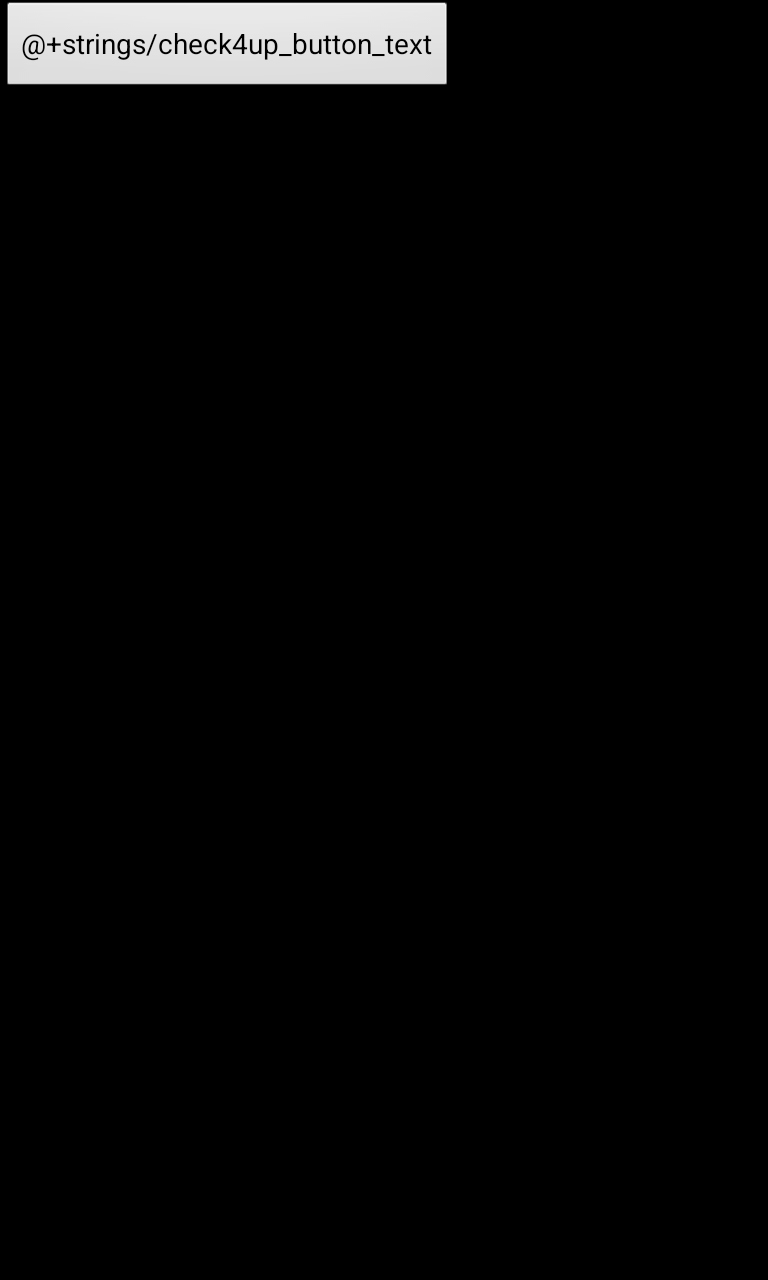
Repository: JerryScript-duplicate/BacksideUpdater
Layout: BacksideUpdater/res/layout/main.xml
These files come from the project's save history. The layout is drawn as it stood at one moment and after the next save; the edit follows.
It is drawn on a 768 x 1280 px phone screen (xhdpi) without system bars, with theme android:Theme; the app's code is not run.

Above is the layout before, as saved 2012-01-18 20:04:46.

### BacksideUpdater/res/layout/main.xml
<?xml version="1.0" encoding="utf-8"?>
<LinearLayout xmlns:android="http://schemas.android.com/apk/res/android"
    android:layout_width="fill_parent"
    android:layout_height="fill_parent"
    android:orientation="vertical" >

    <LinearLayout
        android:id="@+id/LinearLayout01"
        android:layout_width="wrap_content"
        android:layout_height="wrap_content" >
    </LinearLayout>


    <Button
        android:id="@+id/BacksideUpdaterButton"
        android:layout_width="wrap_content"
        android:layout_height="wrap_content"
        android:onClick="myClickHandler"
        android:text="@+strings/check4up_button_text" >
    </Button>

    <TextView
        android:id="@+id/pagetext"
        android:layout_width="fill_parent"
        android:layout_height="fill_parent"
        android:scrollbars="vertical" >
    </TextView>

</LinearLayout>

After the next save:
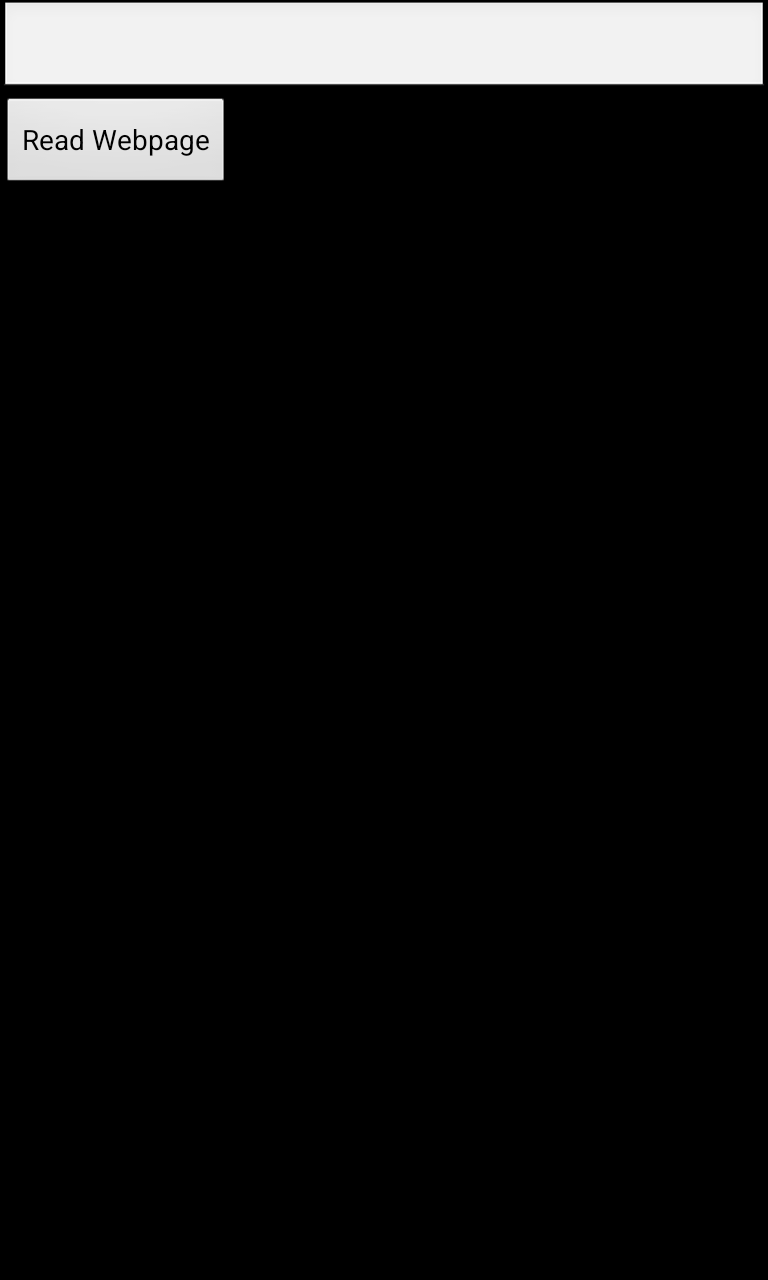
Saved 6 min 31 s later.
--- a/BacksideUpdater/res/layout/main.xml
+++ b/BacksideUpdater/res/layout/main.xml
@@ -10,13 +10,18 @@
         android:layout_height="wrap_content" >
     </LinearLayout>
 
+    <EditText
+        android:id="@+id/address"
+        android:layout_width="fill_parent"
+        android:layout_height="wrap_content" >
+    </EditText>
 
     <Button
         android:id="@+id/BacksideUpdaterButton"
         android:layout_width="wrap_content"
         android:layout_height="wrap_content"
         android:onClick="myClickHandler"
-        android:text="@+strings/check4up_button_text" >
+        android:text="Read Webpage" >
     </Button>
 
     <TextView
